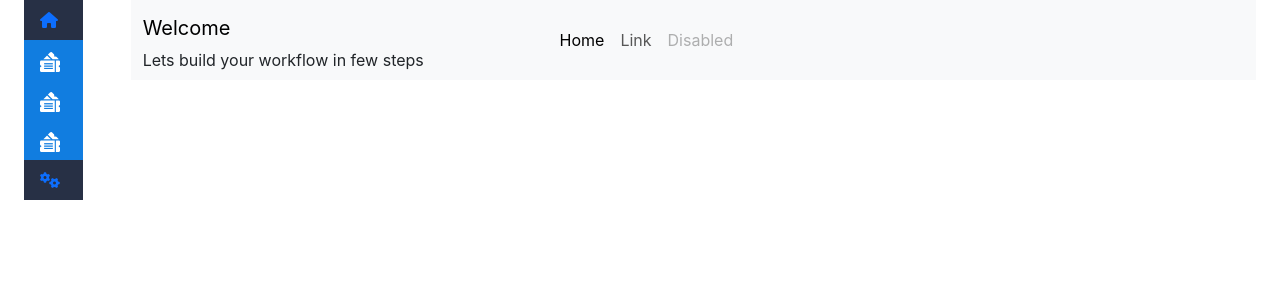
Repository: rishikarajeev/GL_HelpDesk
Page: /showtickets
The author's editor kept a copy of each file at every save. The page is drawn from the files as they stood at one save, then again after a run of saves.
The browser window is 1280 px wide. The pictures show the whole page.
The project was rebuilt for these pictures with package versions that can differ from the ones it lists, and the page was loaded fresh each time. Also part of the build but not shown: src/App.css, src/Pages/HomePage.jsx.

Above is the page before, as saved 2024-01-08 20:46:48.

### public/index.html
<!DOCTYPE html>
<html lang="en">
  <head>
    <meta charset="utf-8" />
    <link rel="icon" href="%PUBLIC_URL%/favicon.ico" />
    <meta name="viewport" content="width=device-width, initial-scale=1" />
    <meta name="theme-color" content="#000000" />
    <meta
      name="description"
      content="Web site created using create-react-app"
    />
    <link rel="apple-touch-icon" href="%PUBLIC_URL%/logo192.png" />
    <link href="https://cdn.jsdelivr.net/npm/bootstrap@5.3.2/dist/css/bootstrap.min.css" rel="stylesheet" integrity="sha384-T3c6CoIi6uLrA9TneNEoa7RxnatzjcDSCmG1MXxSR1GAsXEV/Dwwykc2MPK8M2HN" crossorigin="anonymous">
   <script src="https://cdn.jsdelivr.net/npm/bootstrap@5.3.2/dist/js/bootstrap.bundle.min.js" integrity="sha384-C6RzsynM9kWDrMNeT87bh95OGNyZPhcTNXj1NW7RuBCsyN/o0jlpcV8Qyq46cDfL" crossorigin="anonymous"></script>
 <!--
      manifest.json provides metadata used when your web app is installed on a
      user's mobile device or desktop. See https://developers.google.com/web/fundamentals/web-app-manifest/
    -->
    <link rel="manifest" href="%PUBLIC_URL%/manifest.json" />
    <!--
      Notice the use of %PUBLIC_URL% in the tags above.
      It will be replaced with the URL of the `public` folder during the build.
      Only files inside the `public` folder can be referenced from the HTML.

      Unlike "/favicon.ico" or "favicon.ico", "%PUBLIC_URL%/favicon.ico" will
      work correctly both with client-side routing and a non-root public URL.
      Learn how to configure a non-root public URL by running `npm run build`.
    -->
    <title>React App</title>
  </head>
  <body>
    <noscript>You need to enable JavaScript to run this app.</noscript>
    <div id="root"></div>
    <!--
      This HTML file is a template.
      If you open it directly in the browser, you will see an empty page.

      You can add webfonts, meta tags, or analytics to this file.
      The build step will place the bundled scripts into the <body> tag.

      To begin the development, run `npm start` or `yarn start`.
      To create a production bundle, use `npm run build` or `yarn build`.
    -->
  </body>
</html>

### src/App.js
import logo from "./logo.svg";
import "./App.css";
import { BrowserRouter,Route,Routes } from "react-router-dom";
import ViewTickets from "./Pages/ViewTickets";
import HomePage from "./Pages/HomePage";
import SideBar from "./Components/SideBar";
import { Container, Row, Col } from "react-bootstrap";
import Header from "./Components/Header";

function App() {
  return (
    <BrowserRouter>
<Container fluid>
     <Row>
          <Col xl={1} >
            <SideBar />
            </Col>
            <Col xl={11}>
            <Header/>
            <Routes>
              <Route path="/" element={<HomePage />}></Route>
              <Route path="/showtickets" element={<ViewTickets />}></Route>
            </Routes>
            </Col>



         </Row>
       </Container>


    </BrowserRouter>
  );
}

export default App;

### src/Pages/ViewTickets.jsx
import React from 'react'
import { Container,Row,Col } from 'react-bootstrap'
import "../Assets/Css/Styles.css"

function ViewTickets() {
  return (

  <Container fluid className='bgColor'>
    <Row className="col-md-3 col-lg-2 d-md-block  sidebar align-items-end ">
      <Col>
      <Row></Row>
      <Row></Row>
      <Row></Row>
      </Col>
      <Col>
      <Row></Row>
      <Row></Row>
      <Row></Row></Col>
    </Row>
  </Container>
  )
}

export default ViewTickets

### src/Components/SideBar.jsx
import React from "react";

import "@fortawesome/fontawesome-free/css/all.min.css";
import ticketIcon from "../Assets//Images/Layer_1.png"
import  "../Assets/Css/Styles.css"

function SideBar() {
  return (
    <div class="container-fluid  ">
      <div class="row">
        <nav id="sidebar" class=" sidebar  ">
          <div class="position-sticky sideBg">
            <ul class="nav flex-column">
              <li class="nav-item">
                <a class="nav-link active" href="/">
                  <i class="fas fa-home"></i>
                </a>
              </li>
              <li class="nav-item  selectedColor" >
              <a className="nav-link active" href="/showtickets">
              <img src={ticketIcon} alt="Home Icon" className="icon" />
              </a>
              </li>
              <li class="nav-item  selectedColor" >
              <a className="nav-link active" href="#">
              <img src={ticketIcon} alt="Home Icon" className="icon" />
              </a>
              </li>
              <li class="nav-item  selectedColor" >
              <a className="nav-link active" href="#">
              <img src={ticketIcon} alt="Home Icon" className="icon" />
              </a>
              </li>
              <li class="nav-item">
                <a class="nav-link" href="#">
                  <i class="fas fa-cogs"></i>
                </a>
              </li>
            </ul>
          </div>
        </nav>
      </div>
    </div>
  );
}

export default SideBar;

### src/Components/Header.jsx
import React from 'react'

function Header() {
  return (
    <div class="container-fluid">
    <nav class="navbar navbar-expand-lg bg-body-tertiary">
    <div class="container-fluid">
      <button class="navbar-toggler" type="button" data-bs-toggle="collapse" data-bs-target="#navbarTogglerDemo03" aria-controls="navbarTogglerDemo03" aria-expanded="false" aria-label="Toggle navigation">
        <span class="navbar-toggler-icon"></span>
      </button>
      <div className='row'>
      <a class="navbar-brand" href="#">Welcome </a>
      <span>Lets build your workflow in few steps</span>
      </div>
      <div class="collapse navbar-collapse" id="navbarTogglerDemo03">
        <ul class="navbar-nav me-auto mb-2 mb-lg-0 align-items-end">
          <li class="nav-item">
            <a class="nav-link active" aria-current="page" href="">Home</a>
          </li>
          <li class="nav-item">
            <a class="nav-link" href="#">Link</a>
          </li>
          <li class="nav-item">
            <a class="nav-link disabled" aria-disabled="true">Disabled</a>
          </li>
        </ul>

      </div>
    </div>
  </nav>
  </div>
  )
}

export default Header

### src/Assets/Css/Styles.css
.sideBg{
    background-color:  #273045;
}
.selectedColor{
    background-color:  #117DE0;

}
.bgColor{
    background-color:  #EFEFEF;

}

Loaded but not shown: src/index.js (common file); src/index.css (common file); src/reportWebVitals.js (common file)

After the next 8 saves:
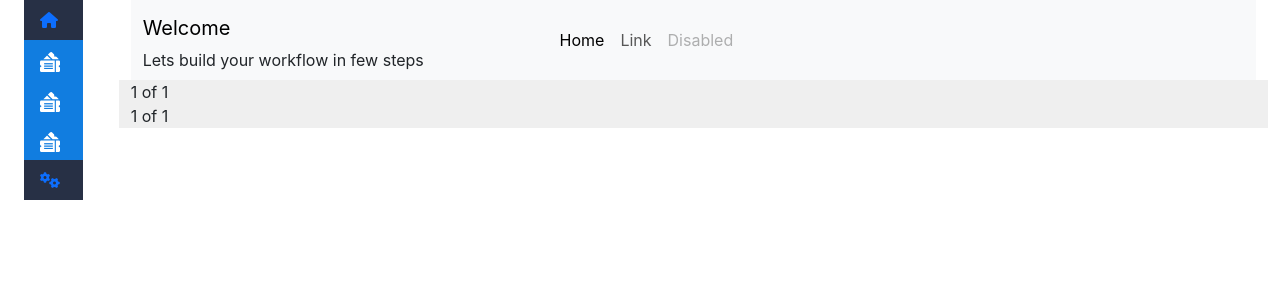
The 8 saves are shown as one change because they came seconds apart.
The last was saved 36 s later.
--- a/src/Pages/ViewTickets.jsx
+++ b/src/Pages/ViewTickets.jsx
@@ -7,15 +7,8 @@ function ViewTickets() {
 
   <Container fluid className='bgColor'>
     <Row className="col-md-3 col-lg-2 d-md-block  sidebar align-items-end ">
-      <Col>
-      <Row></Row>
-      <Row></Row>
-      <Row></Row>
-      </Col>
-      <Col>
-      <Row></Row>
-      <Row></Row>
-      <Row></Row></Col>
+      <Col>1 of 1</Col>
+      <Col>1 of 1</Col>
     </Row>
   </Container>
   )
